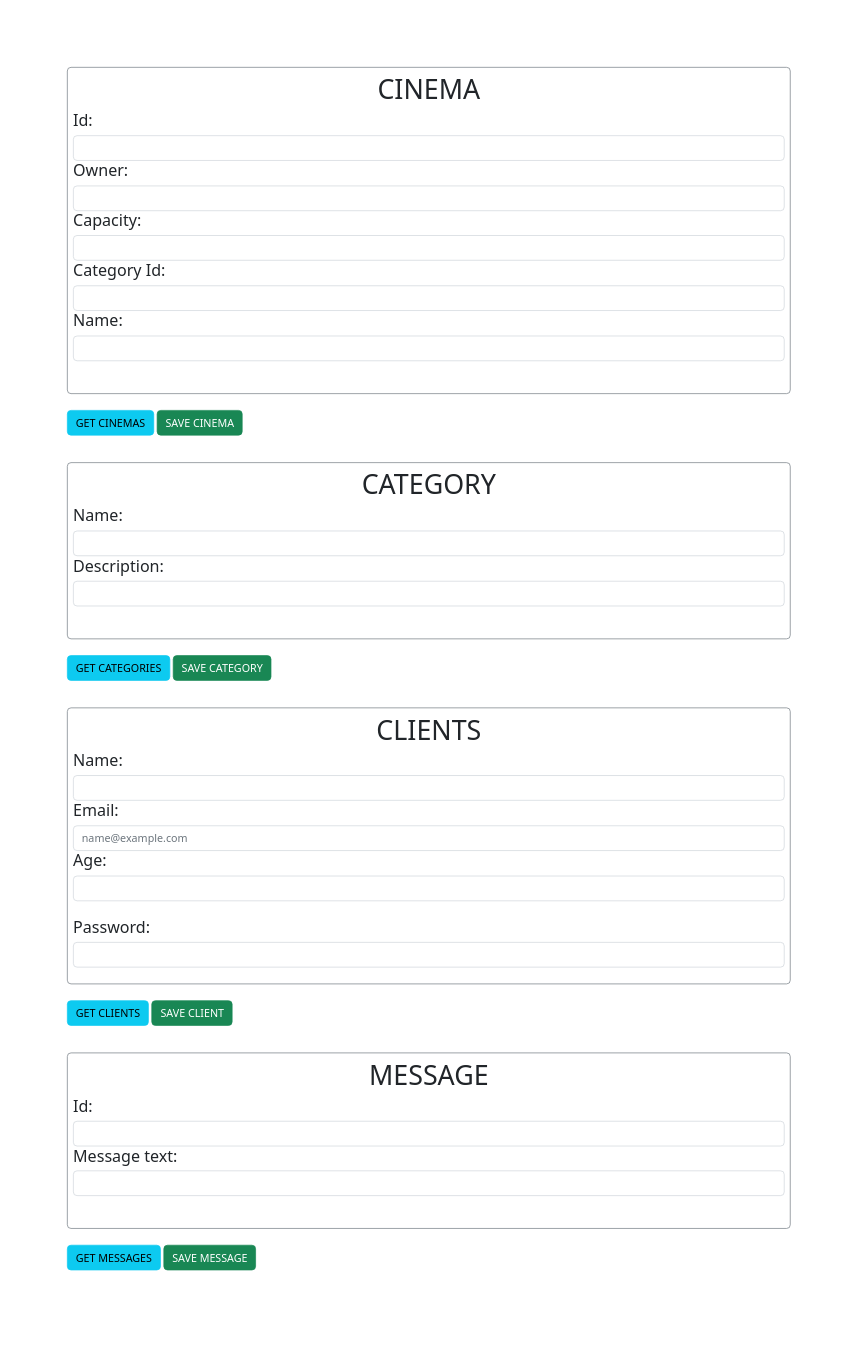
Repository: almendezl/MisionTIC
Page: index.html
The author's editor kept a copy of each file at every save. The page is drawn from the files as they stood at one save, then again after the next save.
The browser window is 1280 px wide. The pictures show the whole page, at 67% of full size.

Above is the page before, as saved 2022-10-10 12:59:55.

### index.html
<html lang="en">
<head>
    <meta charset="UTF-8">
    <meta http-equiv="X-UA-Compatible" content="IE=edge">
    <meta name="viewport" content="width=device-width, initial-scale=1.0">
    <link rel="stylesheet" href="styles.css">
    <title>MISION TIC 2022 RETO 2</title>
</head>
<script src="https://cdn.jsdelivr.net/npm/axios/dist/axios.min.js"></script>
<!-- add jquery api -->
<script src="https://ajax.googleapis.com/ajax/libs/jquery/3.6.1/jquery.min.js"></script>
<!-- add bootstrap -->
<link href="https://cdn.jsdelivr.net/npm/bootstrap@5.2.1/dist/css/bootstrap.min.css" rel="stylesheet" integrity="sha384-iYQeCzEYFbKjA/T2uDLTpkwGzCiq6soy8tYaI1GyVh/UjpbCx/TYkiZhlZB6+fzT" crossorigin="anonymous">
<!-- add the file with the script -->
<script type="text/javascript" src="myScript.js"></script>
<body>
    <!-- cinema front -->
    <div class=" p-2 rounded border border-secondary" >
        <h1 class="text-center">CINEMA</h1>
        <form action="">
            <div class="form-group">
                <h4 class="label label-default" >Id: </h4>
                <input  class="form-control" type="number" id="cinemaId">
            </div>

            <div class="form-group">
                <h4 class="label label-default" >Owner: </h4>
                <input class="form-control" type="text" id="cinemaOwner">
            </div>

            <div class="form-group">
                <h4 class="label label-default" >Capacity: </h4>
                <input class="form-control" type="number" id="cinemaCapacity" >
            </div>

            <div class="form-group">
                <h4 class="label label-default" >Category Id: </h4>
                <input class="form-control" type="number" id="cinemaCategory">
            </div>

            <div class="form-group">
                <h4 class="label label-default" >Name: </h4>
                <input class="form-control" type="text" id="cinemaName"><br>
            </div>

        </form>
    </div>
    <br>
    <div id="cinemaAlert">

    </div>

    <button class="btn btn-info" onclick="getCinemas()">GET CINEMAS</button>

    <button class="btn btn-success" onclick="setCinema()">SAVE CINEMA</button><br>

    <div id="editCinema">
        <br>

    </div>



    <table class="table table-striped" id="cinemasList">

    </table>
<!-- Category front  -->
<div class=" p-2 rounded border border-secondary" >
    <h1 class="text-center">CATEGORY</h1>

    <form action="" >
        <div class="form-group">
            <h4 class="label label-default" >Name: </h4>
            <input class="form-control" type="text" id="categoryName">
        </div>

        <div class="form-group">
            <h4 class="label label-default" >Description: </h4>
            <input class="form-control" type="text" id="categoryDescription"><br>
        </div>


    </form>
</div>
<br>

<div id="categoryAlert">

</div>



<button class="btn btn-info" onclick="getCategory()">GET CATEGORIES</button>

<button class="btn btn-success" onclick="setCategory()">SAVE CATEGORY</button>

<div id="editCategory">
    <br>

</div>

<table class="table table-striped" id="categoryList">


</table>
    <!-- Clients front  -->
    <div class=" p-2 rounded border border-secondary" >
    <h1 class="text-center">CLIENTS</h1>
        <form action="">


            <div class="form-group">
                <h4 class="label label-default" >Name: </h4>
                <input class="form-control" type="text" id="clientName">
            </div>

            <div class="form-group">
                <h4 class="label label-default" >Email: </h4>
                <input class="form-control" type="text" id="clientEmail" placeholder="name@example.com">
            </div>

            <div class="form-group">
                <h4 class="label label-default" >Age: </h4>
                <input class="form-control" type="number" id="clientAge"><br>
            </div>
            <div class="form-group">
                <h4 class="label label-default" >Password: </h4>
                <input class="form-control" type="password" id="clientPassword">
            </div>

        </form>
    </div>
    <br>

    <div id="clientAlert">

    </div>

    <button class="btn btn-info" onclick="getClients()">GET CLIENTS</button>

    <button class="btn btn-success" onclick="setClient()">SAVE CLIENT</button>

    <div id="editClient">
        <br>

    </div>

    <table class="table table-striped" id="clientsList">


    </table>

    <!-- Message front  -->
    <div class=" p-2 rounded border border-secondary" >
        <h1 class="text-center">MESSAGE</h1>

        <form action="" >
            <div class="form-group">
                <h4 class="label label-default" >Id: </h4>
                <input class="form-control" type="number" id="messageId">
            </div>

            <div class="form-group">
                <h4 class="label label-default" >Message text: </h4>
                <input class="form-control" type="text" id="messageText"><br>
            </div>


        </form>
    </div>
    <br>

    <div id="messageAlert">

    </div>



    <button class="btn btn-info" onclick="getMessages()">GET MESSAGES</button>

    <button class="btn btn-success" onclick="setMessage()">SAVE MESSAGE</button>

    <div id="editMessage">
        <br>

    </div>

    <table class="table table-striped" id="messagesList">


    </table>




</body>
</html>

### styles.css
body {

    padding: 100px 100px;
  }

Loaded but not shown: myScript.js (672 lines, source omitted)

After the next save:
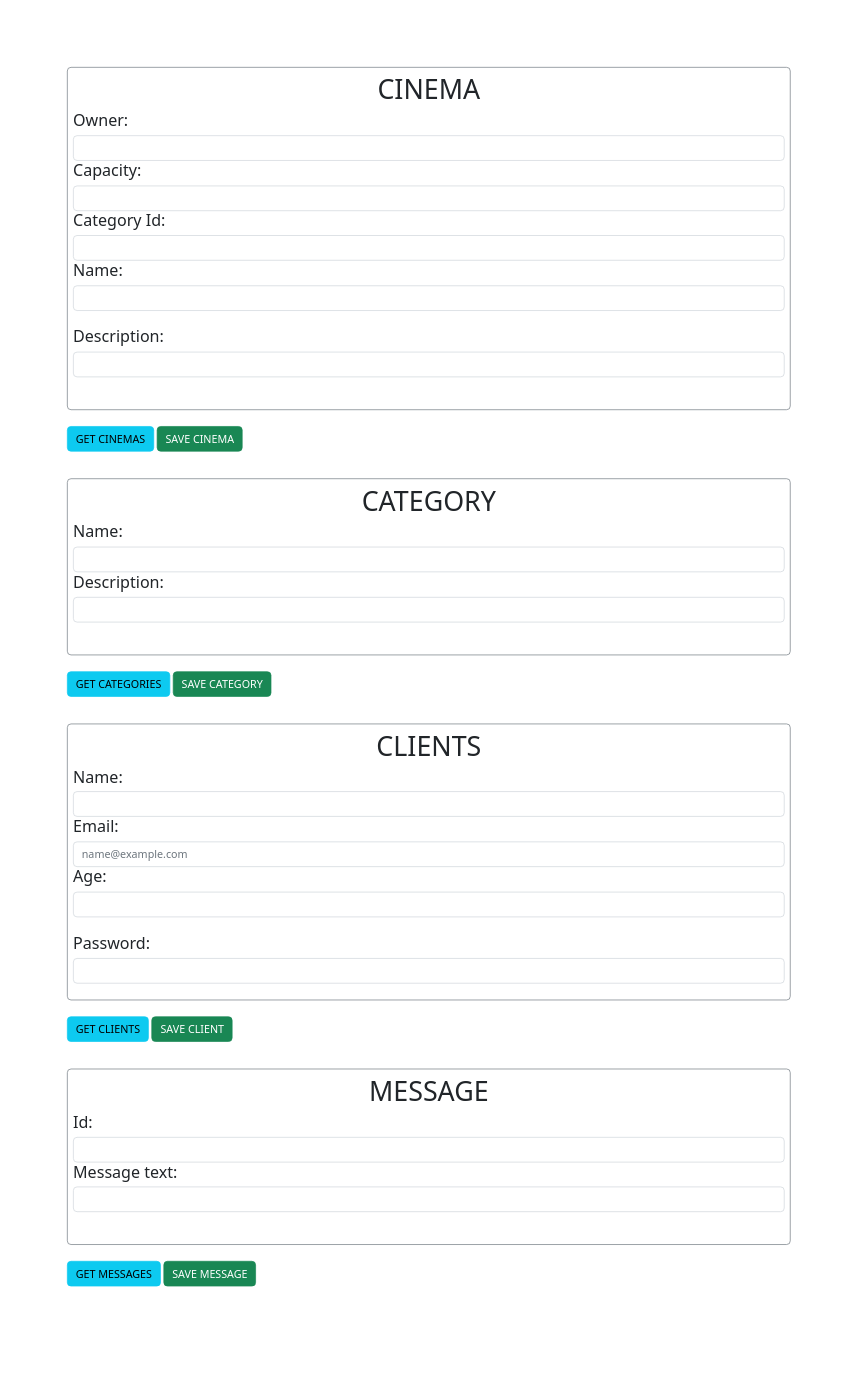
Saved 2 min 34 s later.
--- a/index.html
+++ b/index.html
@@ -18,10 +18,6 @@
     <div class=" p-2 rounded border border-secondary" >
         <h1 class="text-center">CINEMA</h1>
         <form action="">
-            <div class="form-group">
-                <h4 class="label label-default" >Id: </h4>
-                <input  class="form-control" type="number" id="cinemaId">
-            </div>
 
             <div class="form-group">
                 <h4 class="label label-default" >Owner: </h4>
@@ -41,6 +37,10 @@
             <div class="form-group">
                 <h4 class="label label-default" >Name: </h4>
                 <input class="form-control" type="text" id="cinemaName"><br>
+            </div>
+            <div class="form-group">
+                <h4 class="label label-default" >Description: </h4>
+                <input class="form-control" type="text" id="cinemaDescription"><br>
             </div>
 
         </form>
